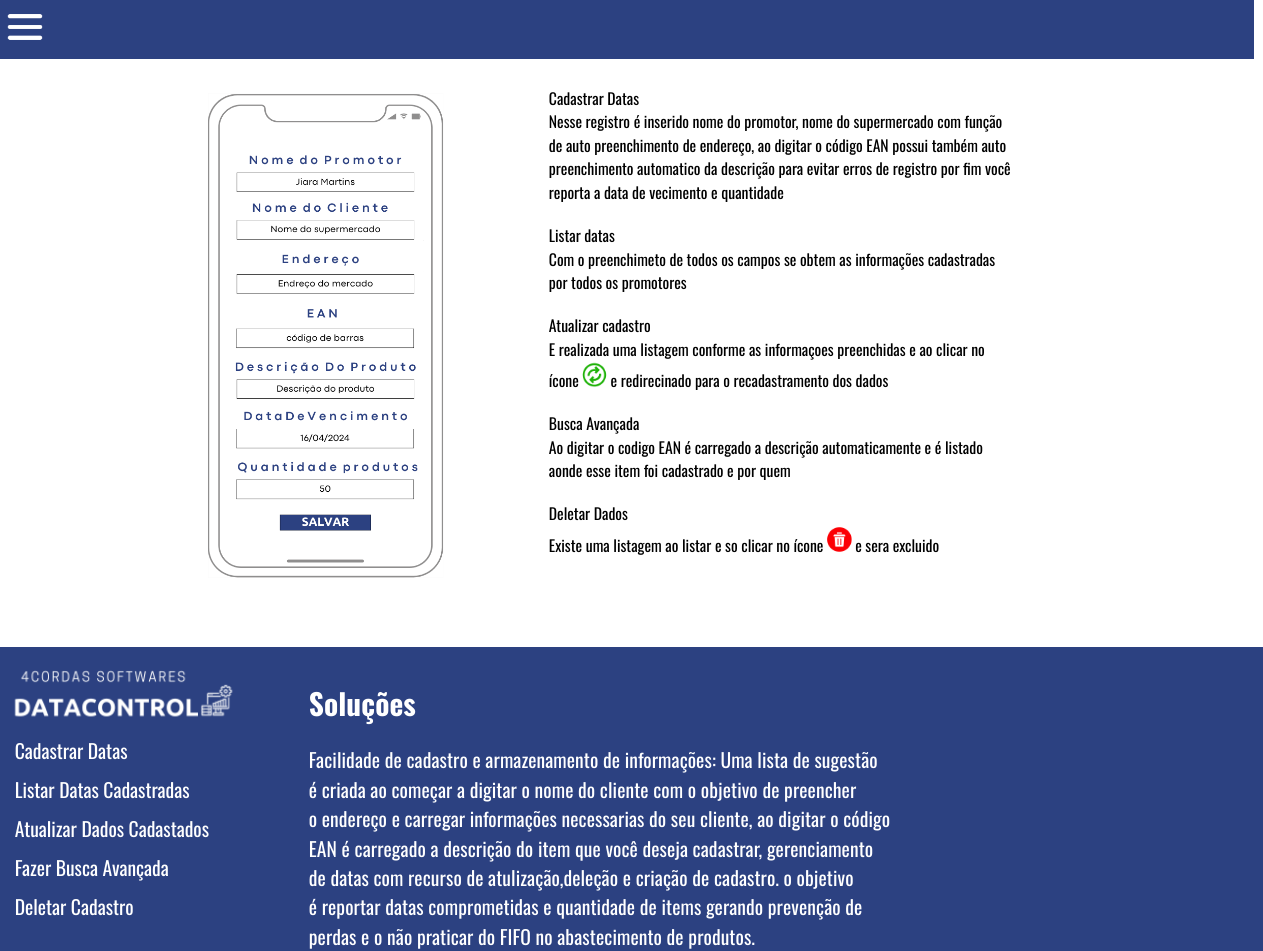
Repository: alfredo-allan/ControleDeDatasFrontEnd
Page: index.html
An editor plug-in stored every save of this project. The page is shown before and after the next save, followed by the edit.
The browser window is 1280 px wide. The page is 1289 px wide, so the pictures cover 1289 px, including what lies to the right of the window. The pictures show the whole page, at 98% of full size.

Above is the page before, as saved 2024-04-30 14:41:29.
Console error: TypeError: Cannot read properties of null (reading 'addEventListener')

### index.html
<!DOCTYPE html>
<html lang="pt-BR">
  <head>
    <meta charset="UTF-8" />
    <meta name="viewport" content="width=device-width, initial-scale=1.0" />
    <link rel="stylesheet" href="./style/style.css" />
    <link rel="preconnect" href="https://fonts.googleapis.com" />
    <link rel="preconnect" href="https://fonts.gstatic.com" crossorigin />
    <link
      href="https://fonts.googleapis.com/css2?family=Oswald:wght@200..700&display=swap"
      rel="stylesheet"
    />
    <title>Controle de Datas</title>
  </head>
  <body>
    <div class="header">
      <div id="menu-icon">
        <img id="icon-menu" src="./images/barra-de-menu.png" alt="" />
      </div>
      <div id="titulo">
        <!-- <h1>Controle De Datas</h1> -->
      </div>
      <div id="menu-options">
        <ul>
          <!-- <img id="usuario" src="./images/usuario-exemplo.jpg" alt="" /> -->
          <a href="pages/cadastro.html"><li>Cadastrar Datas</li></a>
          <a href="pages/listagem.html"><li>Listar Datas</li></a>
          <a href="pages/atualizar.html"><li>Atualizar Cadastro</li></a>
          <a href="pages/buscaavancada.html"><li>Busca Avançada</li></a>
          <a href="pages/deletar.html"><li>Deletar Dados</li></a>
        </ul>
      </div>
    </div>
    <img id="instrucao" src="./images/CadastrarDatas.png" alt="">
    <div class="coluna">
    <ul>
      <span>Cadastrar Datas</span>
      <li>Nesse registro é inserido nome do promotor, nome do supermercado com função de auto preenchimento de endereço, ao digitar o código EAN possui também auto preenchimento automatico da descrição para evitar erros de registro por fim você reporta a data de vecimento e quantidade</li>
      <span>Listar datas</span>
      <li>Com o preenchimeto de todos os campos se  obtem as informações cadastradas por todos os promotores</li>
      <span>Atualizar cadastro</span>
      <li>E realizada uma listagem conforme as informaçoes preenchidas e ao clicar no ícone <img src="./images/repetir.png" alt=""> e redirecinado para o recadastramento dos dados</li>
      <span>Busca Avançada</span>
      <li>Ao digitar o codigo EAN é carregado a descrição automaticamente e é listado aonde esse item foi cadastrado e por quem</li>
      <span>Deletar Dados</span>
      <li>Existe uma listagem ao listar e so clicar no ícone <img src="./images/excluir.png" alt=""> e sera excluido</li>
    </ul>
    </div>
    </div>
    <div class="footer">
      <div id="mapa" class="col-sm-6">
        <img id="tootext" src="./images/data.png" alt="" />
        <ul id="mapadosite">
          <a href="./pages/cadastro.html"><li>Cadastrar Datas</li></a>
          <a href="./pages/listagem.html"><li>Listar Datas Cadastradas</li></a>
          <a href="./pages/atualizar.html"
            ><li>Atualizar Dados Cadastados</li></a
          >
          <a href="./pages/buscaavancada.html"><li>Fazer Busca Avançada</li></a>
          <a href="./pages/deletar.html"><li>Deletar Cadastro</li></a>
        </ul>
      </div>
      <div id="solucao" class="col-sm-6">
        <span>Soluções</span>
        <p>
          Facilidade de cadastro e armazenamento de informações: Uma lista de
          sugestão <br />
          é criada ao começar a digitar o nome do cliente com o objetivo de
          preencher <br />
          o endereço e carregar informações necessarias do seu cliente, ao
          digitar o código <br />
          EAN é carregado a descrição do item que você deseja cadastrar,
          gerenciamento <br />
          de datas com recurso de atulização,deleção e criação de cadastro. o
          objetivo <br />
          é reportar datas comprometidas e quantidade de items gerando prevenção
          de <br />
          perdas e o não praticar do FIFO no abastecimento de produtos.
        </p>
      </div>
    </div>
  </body>
  <script src="./js/script.js"></script>
</html>

### style/style.css
:root {
  --cor-azul: rgb(44, 65, 129);
  --oswald-font: "Oswald", sans-serif;
  --luthier-font: "Luthier";
}

body {
  font-family: var(--oswald-font);
}

@font-face {
  font-family: "Luthier";
  src: url("../fonts/LuthierFF/Luthier-Regular.ttf") format("truetype");
  /* Adicione mais formatos (e.g. woff, woff2) conforme necessário */
}

#titulo h1 {
  font-family: var(--luthier-font);
  letter-spacing: 3px;
  font-weight: 900;
  color: white;
  margin-top: -30px;
  margin-left: 55px;
}

.column {
  display: flex;
  flex-direction: column;
  align-items: center;
  padding: 10px 20px 15px 15px;
  border: 1px solid #ccc;
  border-radius: 5px;
  width: 300px;
  margin: 0 auto;
  span {
    font-weight: 900;
    font-family: var(--luthier-font);
    letter-spacing: 3px;
    margin-bottom: 10px;
    color: var(--cor-azul);
  }
}

#logo img {
  margin-top: 200px;
  width: 250px;
  margin-left: 50px;
}

#logo {
  h1 {
    text-align: center;
    text-wrap: nowrap;
    font-size: 25px;
    font-family: var(--oswald-font);
    font-weight: 900;
    letter-spacing: 2px;
    color: var(--cor-azul);
  }
}

#form {
  margin-top: 80px;
}

input {
  margin-bottom: 5px;
  padding: 5px;
  width: 100%;
  box-sizing: border-box;
  font-weight: 600;
  margin-bottom: 10px;
}

input::placeholder {
  text-align: center;
  color: gray;
  font-family: var(--oswald-font);
  font-weight: 400;
}

input:focus {
  outline-color: var(--cor-azul); /* Altere a cor aqui */
}

.header {
  position: fixed;
  top: 0;
  left: 0;
  width: 100%;
  height: 60px;
  background-color: var(--cor-azul);
}

#icon-menu {
  width: 35px;
  margin-top: 10px;
  z-index: 1;
  margin-left: 8px;
  cursor: pointer;
}

#menu-options ul {
  list-style: none;
  padding: 0;
  margin-left: 5px;
  font-size: 20px;
  font-weight: 500;
  text-wrap: nowrap;
  font-family: var(--oswald-font);
  z-index: 999;
}

#menu-options ul li {
  padding: 10px;
  letter-spacing: 2px;
  cursor: pointer;
  z-index: 999;
}

a {
  text-decoration: none; /* Remove sublinhado */
  color: inherit; /* Mantém a cor padrão do texto */
  /* Adicione quaisquer outros estilos desejados para o link */
}

#menu-options {
  display: none;
  position: absolute;
  top: 0;
  left: 0;
  margin-top: 60px;
  width: 55%;
  height: 41vh;
  border-bottom-right-radius: 15px;
  background-color: var(--cor-azul);
  color: white;
  font-family: var(--oswald-font);
  font-weight: 900;
  z-index: 999;
}

button {
  text-align: center;
  width: 110px;
  height: 30px;
  padding: 6px 30px;
  background-color: rgba(44, 65, 129, 0.897);
  border-radius: 5px;
  color: white;
  border: none;
  border-radius: 5px;
  cursor: pointer;
  font-family: var(--oswald-font);
}

button:focus {
  outline: 2px solid var(--cor-azul);
}

.footer {
  width: 102%;
  position: relative;
  margin-top: 5%;
  margin-left: -8px;
  margin-bottom: -20px;
  background-color: var(--cor-azul);
}

.footer img {
  width: 300px;
  height: 60px;
  margin-top: 2px;
  cursor: pointer;
  margin-left: 10px;
}

#autocomplete-list-id {
  background-color: #f1f1f1;
  border: 1px solid #d4d4d4;
  color: var(--cor-azul);
  border-top: none;
  max-height: 200px;
  overflow-y: auto;
  position: absolute;
  /* z-index: 999; */
  margin-top: -10px;
  margin-left: 60px;
}

.autocomplete-items div {
  padding: 10px;
  cursor: pointer;
  background-color: #fff;
  border-bottom: 1px solid #d4d4d4;
}

.autocomplete-items div:hover {
  background-color: #e9e9e9;
}

.autocomplete-items div strong {
  font-weight: bold;
}

#data-list {
  margin: 0 auto;
  left: 50%;
  transform: translateX(-50%);
  margin: 0 auto;
  left: 50%;
  top: 60%;
  transform: translate(-50%, -50%);
  /* border: 1px solid var(--cor-azul); */
  color: var(--cor-azul);
  border-radius: 5px;
  max-height: 330px;
  overflow-y: auto;
  position: absolute;
  z-index: -1;
  margin-top: 110px;
  margin-left: 0px;
  width: 336px;
  list-style: none;
  .name {
    font-family: var(--oswald-font);
    font-weight: 900;
    font-size: 17px;
  }
  .item {
    font-family: var(--oswald-font);
    font-weight: 500;
    font-size: 15;
    color: rgb(0, 0, 0);
  }
}

/* #promotor {
  line-height: 60px;
} */

#data-list {
  /* Estilos do elemento #data-list */
  /* Defina outras propriedades conforme necessário */

  scrollbar-color: var(--cor-azul) var(--cor-azul); /* Cor da barra de rolagem e do fundo da barra */
}

#data-list::-webkit-scrollbar {
  width: 10px; /* Largura da barra de rolagem */
}

#data-list::-webkit-scrollbar-thumb {
  background-color: white; /* Cor da barra de rolagem */
  border-radius: 5px; /* Raio de borda da barra de rolagem */
}

#texto-descritivo {
  text-align: justify;
  margin-top: 200px;
  position: fixed;
  font-family: var(--luthier-font);
  letter-spacing: 3px;
  line-height: 2;
  margin-right: 8px;
  font-weight: 900;
  color: var(--cor-azul);
}

#del {
  width: 25px;
  margin: -4px;
  margin-left: 20px;
}

#atualizar {
  width: 25px;
  margin: -5px;
  margin-left: 20px;
}

.video {
  width: 100%;
  height: 100vh; /* Altura ocupando toda a tela */
}

.video video {
  position: fixed;
  top: 0;
  left: 0;
  width: 100%;
  height: 20%;
  object-fit: cover;
  margin-top: 52px;
}

.modal {
  display: none; /* Escondido por padrão */
  position: fixed;
  z-index: 1;
  left: 0;
  top: 0;
  width: 100%;
  height: 100%;
  overflow: auto;
  background-color: rgba(0, 0, 0, 0.4);
}

.modal-content {
  background-color: #fefefe;
  margin: 15% auto;
  padding: 20px;
  border: 2px solid #888;
  width: 80%;
  border-radius: 10px;
  p {
    text-align: center;
    font-family: var(--luthier-font);
    letter-spacing: 3px;
    font-weight: 600;
    color: var(--cor-azul);
  }
}

.close {
  color: #aaa;
  float: right;
  font-size: 28px;
  font-weight: bold;
}

.close:hover,
.close:focus {
  color: black;
  text-decoration: none;
  cursor: pointer;
}

#modalbtn {
  text-align: center;
}

#confirmButton {
  margin-right: 5px;
}

#tootext {
  margin-left: -40px;
  margin-top: 20px;
}

#mapadosite {
  font-family: var(--oswald-font);
  list-style: none;
  margin-top: 0px;
  line-height: 40px;
  text-align: left;
  margin-left: -25px;
  color: white;
  font-size: 20px;
}

#mapa {
  text-align: left;
}

#solucao {
  margin-top: -270px;
  margin-left: 315px;
  font-family: var(--oswald-font);
  letter-spacing: 0.1px;
  color: white;
  span {
    font-size: 30px;
    font-weight: 900;
  }
  p {
    font-size: 20px;
    text-align: left;
  }
}

@media (min-width: 310px) and (max-width: 580px) {
  #solucao {
    margin-top: -10px;
    margin-left: -200px;
    text-align: center;
  }
}

@media (min-width: 310px) and (max-width: 580px) {
  #solucao span {
    margin-left: -30px;
  }
}

@media (min-width: 310px) and (max-width: 580px) {
  #solucao p {
    font-size: 20px;
    text-align: left;
    margin-left: 215px;
  }
}

@media (min-width: 310px) and (max-width: 580px) {
  .footer {
    margin-top: 20%;
    position: absolute;
    margin-left: -8px;
    width: 100%;
    margin-bottom: 0px;
  }
}

.footer_pg {
  position: fixed;
  left: 0;
  bottom: 0;
  width: 100%;
  height: 60px;
  background-color: var(--cor-azul);
}

@media (min-width: 310px) and (max-width: 580px) {
  .footer_pg img {
    margin-left: auto;
    margin-right: auto;
    display: block;
  }
}

#instrucao {
  margin-top: 80px;
  width: 250px;
  margin-left: 200px;
}

@media (min-width: 500px) and (max-width: 1200px) {
  #instrucao {
    margin-left: 20px;
  }
}

.coluna {
  display: flex;
  flex-direction: column;
  justify-content: center;
  margin-left: 40%;
  margin-top: -41%;
  width: 40%;
  position: fixed;
  li {
    list-style: none;
    margin-bottom: 20px;
  }
  span {
    margin-bottom: 10;
  }
  img {
    width: 25px;
    margin-top: 2px;
  }
}

### js/script.js
document.addEventListener("DOMContentLoaded", function () {
  carregarDados();

  document
    .getElementById("data-vencimento")
    .addEventListener("input", formatarData);

  document.getElementById("ean").addEventListener("input", function () {
    var eanSelecionado = document.getElementById("ean").value;
    preencherDescricaoPorEAN(eanSelecionado);
  });
});

function formatarData() {
  let inputData = document.getElementById("data-vencimento").value;

  let dataFormatada = inputData.replace(/^(\d{2})(\d{2})(\d{2})$/, "$1/$2/$3");

  document.getElementById("data-vencimento").value = dataFormatada;
}

function preencherDescricaoPorEAN(ean) {
  fetch("../frutap.json")
    .then((response) => response.json())
    .then((data) => {
      const mercados = data.mercados;

      for (let mercado of mercados) {
        const produto = mercado.produtos.find(
          (produto) => produto.codigoEAN === ean
        );
        if (produto) {
          document.getElementById("descricao-produto").value =
            produto.descricao;
          return; // Encerra o loop assim que encontrar o produto correspondente
        }
      }

      // Se não encontrou nenhum produto com o código EAN correspondente
      document.getElementById("descricao-produto").value =
        "Produto não encontrado";
    })
    .catch((error) => {
      console.error("Erro ao carregar os dados do arquivo JSON:", error);
    });
}

function carregarDados() {
  fetch("../frutap.json")
    .then((response) => {
      if (response.ok) {
        return response.json();
      } else {
        throw new Error("Erro ao carregar os dados");
      }
    })
    .then((data) => {
      if (data && data.mercados) {
        const mercados = data.mercados.map((mercado) => mercado.nome);
        const codigosEAN = data.mercados.map((mercado) => mercado.codigoEAN);
        const enderecos = data.mercados.map((mercado) => mercado.endereco);

        autocomplete(document.getElementById("nome-cliente"), mercados, data);
        autocomplete(document.getElementById("ean"), codigosEAN);
        autocomplete(
          document.getElementById("endereco-cliente"),
          enderecos,
          data
        );
      } else {
        console.error("Formato de dados inválido");
      }
    })
    .catch((error) => {
      console.error("Erro ao carregar os dados do arquivo JSON:", error);
    });
}
function autocomplete(inp, arr, data) {
  var currentFocus;

  inp.addEventListener("input", function (e) {
    var a,
      b,
      i,
      val = this.value;
    closeAllLists();
    if (!val) {
      return false;
    }
    currentFocus = -1;
    a = document.createElement("DIV");
    a.setAttribute("id", "autocomplete-list-id");
    a.setAttribute("class", "autocomplete-items");
    this.parentNode.appendChild(a);
    for (i = 0; i < arr.length; i++) {
      if (
        arr[i] &&
        arr[i].substr(0, val.length).toUpperCase() == val.toUpperCase()
      ) {
        b = document.createElement("DIV");
        b.innerHTML = "<strong>" + arr[i].substr(0, val.length) + "</strong>";
        b.innerHTML += arr[i].substr(val.length);
        b.innerHTML += "<input type='hidden' value='" + arr[i] + "'>";
        b.addEventListener("click", function (e) {
          inp.value = this.getElementsByTagName("input")[0].value;
          closeAllLists();
          // Preencher o campo de Endereço do mercado ao selecionar o nome do mercado
          var selectedMarket = this.getElementsByTagName("input")[0].value;
          var mercadoSelecionado = data.mercados.find(
            (mercado) => mercado.nome === selectedMarket
          );
          if (mercadoSelecionado) {
            var enderecoCompleto =
              mercadoSelecionado.endereco.rua +
              ", " +
              mercadoSelecionado.endereco.bairro +
              ", " +
              mercadoSelecionado.endereco.cidade +
              ", " +
              mercadoSelecionado.endereco.estado;
            document.getElementById("endereco-cliente").value =
              enderecoCompleto;
          }
        });
        a.appendChild(b);
      }
    }
  });

  function closeAllLists(elmnt) {
    var x = document.getElementsByClassName("autocomplete-items");
    for (var i = 0; i < x.length; i++) {
      if (elmnt != x[i] && elmnt != inp) {
        x[i].parentNode.removeChild(x[i]);
      }
    }
  }

  document.addEventListener("click", function (e) {
    closeAllLists(e.target);
  });
}

const menuIcon = document.getElementById("menu-icon");
const menuOptions = document.getElementById("menu-options");

menuIcon.addEventListener("click", function () {
  if (menuOptions.style.display === "none") {
    menuOptions.style.display = "block";
  } else {
    menuOptions.style.display = "none";
  }
});

document.getElementById("btn-salvar").addEventListener("click", function () {
  const nomePromotor = document.getElementById("nome-promotor").value;
  const nomeCliente = document.getElementById("nome-cliente").value;
  const enderecoCliente = document.getElementById("endereco-cliente").value;
  const ean = document.getElementById("ean").value;
  const descricaoProduto = document.getElementById("descricao-produto").value;
  const dataVencimento = document.getElementById("data-vencimento").value;
  const quantidadeProdutos = document.getElementById(
    "quantidade-produtos"
  ).value;

  fetch("https://v1controledatas.pythonanywhere.com/salvar-dados", {
    method: "POST",
    headers: {
      "Content-Type": "application/json",
    },
    body: JSON.stringify({
      nomePromotor: nomePromotor,
      nomeCliente: nomeCliente,
      enderecoCliente: enderecoCliente,
      ean: ean,
      descricaoProduto: descricaoProduto,
      dataVencimento: dataVencimento,
      quantidadeProdutos: quantidadeProdutos,
    }),
  })
    .then((response) => {
      if (response.ok) {
        // alert("Dados salvos com sucesso!");
      } else {
        throw new Error("Erro ao salvar os dados");
      }
    })
    .catch((error) => {
      console.error("Erro ao salvar os dados:", error);
    });
});

// Selecionando o botão de fechar e o modal

Loaded but not shown: frutap.json (455 lines, source omitted)

After the next save:
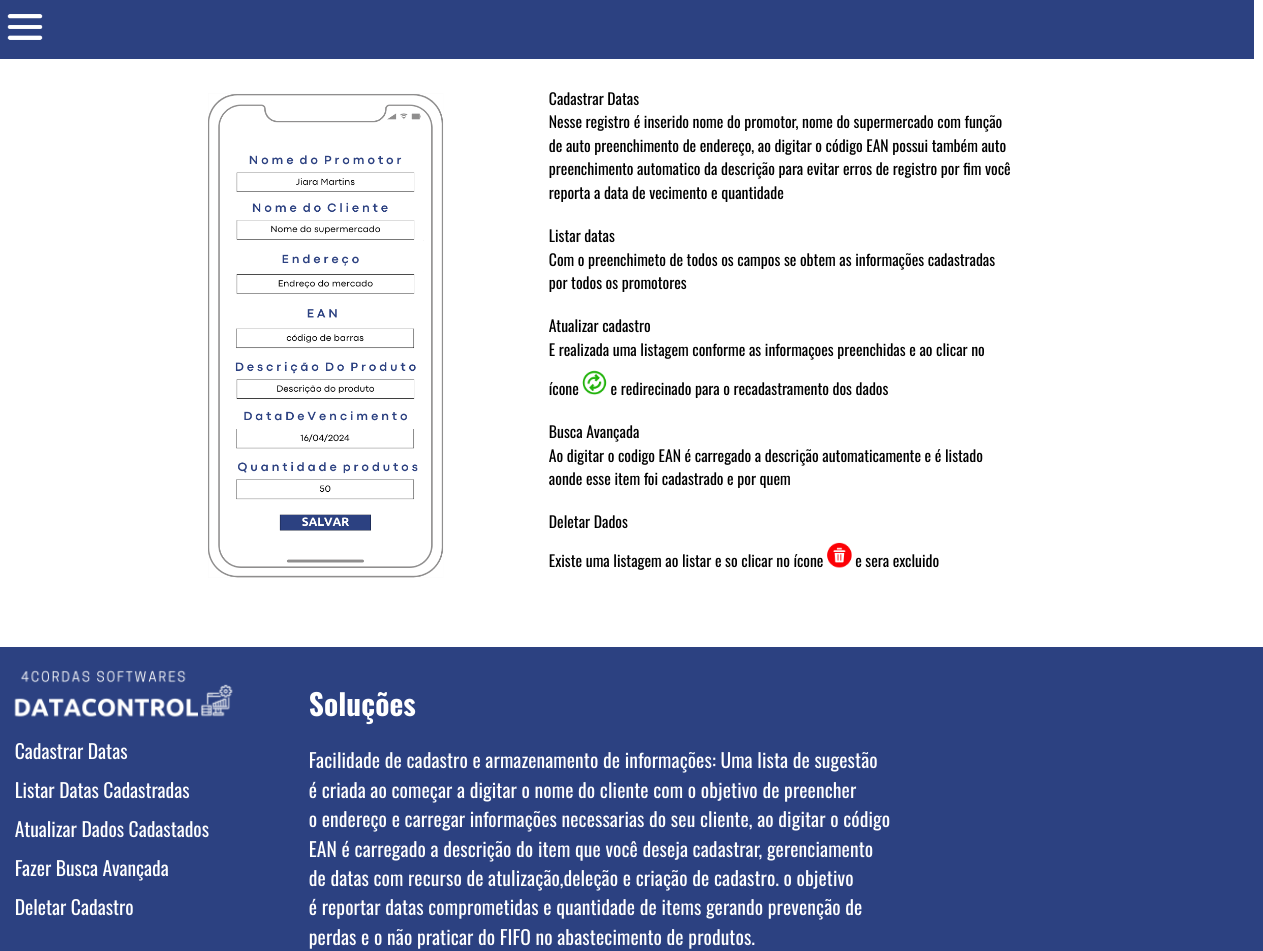
Saved 6 s later.
--- a/style/style.css
+++ b/style/style.css
@@ -458,6 +458,6 @@ button:focus {
   }
   img {
     width: 25px;
-    margin-top: 2px;
-  }
-}
+    margin-top: 10px;
+  }
+}
